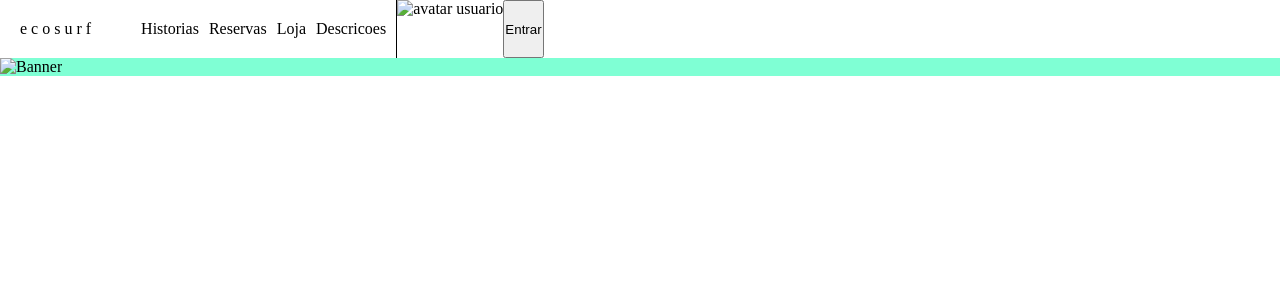
Repository: jorgprado/html-css-js
Page: blog-ecosurf/index.html
These files come from the project's save history. The page is drawn as it stood at one moment and after the next save; the edit follows.
The browser window is 1280 px wide. The pictures show the whole page.

Above is the page before, as saved 2023-05-15 21:27:17.

### blog-ecosurf/index.html
<!DOCTYPE html>
<html lang="pt-br">
<head>
    <meta charset="UTF-8">
    <meta http-equiv="X-UA-Compatible" content="IE=edge">
    <meta name="viewport" content="width=device-width, initial-scale=1.0">
    <link rel="stylesheet" href="css/style.css">
    <title>Ecosurf</title>
</head>
<body>
    <main>
        <header>
            <p class="logo "><span>e</span>
                <span>c</span>
                <span>o</span>
                <span>s</span>
                <span>u</span>
                <span>r</span>
                <span>f</span>
            </p>
            <menu>
                <p>Historias</p>
                <p>Reservas</p>
                <p>Loja</p>
                <p>Descricoes</p>
            </menu>
            <img src="#" alt="avatar usuario">
            <button>Entrar</button>

        </header>
        <div class="banner">
            <img src="" alt="Banner">
        </div>


    </main>
</body>
</html>

### blog-ecosurf/css/style.css
@charset "UTF-8";

*{
    padding: 0;
    margin: 0;
}

header {
    display: flex;
}

.logo{
    padding: 20px 20px;

}

header menu{
    display: flex;
    padding: 20px 20px;
    border-right: 1px solid #000;
    padding-right: 10px;
}

header menu p{
    padding-left: 10px;
}

.banner{
    margin: auto;
    background-color: aquamarine;
}

After the next save:
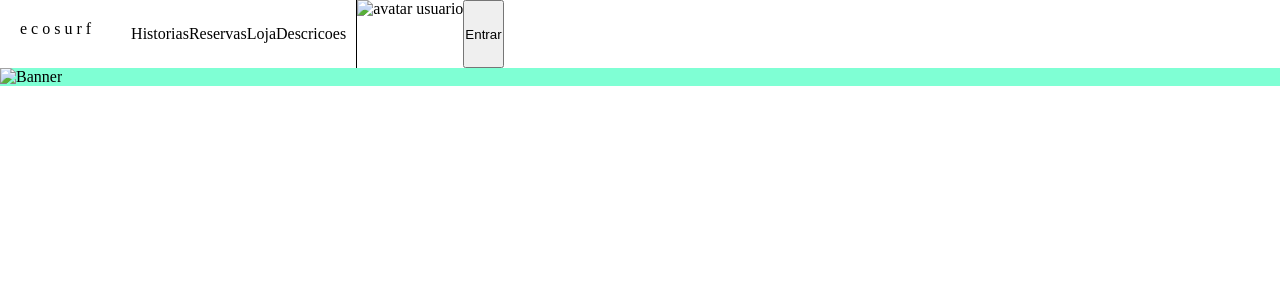
Saved 37 s later.
--- a/blog-ecosurf/css/style.css
+++ b/blog-ecosurf/css/style.css
@@ -22,7 +22,10 @@ header menu{
 }
 
 header menu p{
-    padding-left: 10px;
+    display: block;
+  padding: 5px 0;
+  text-decoration: none;
+  color: #000;
 }
 
 .banner{
